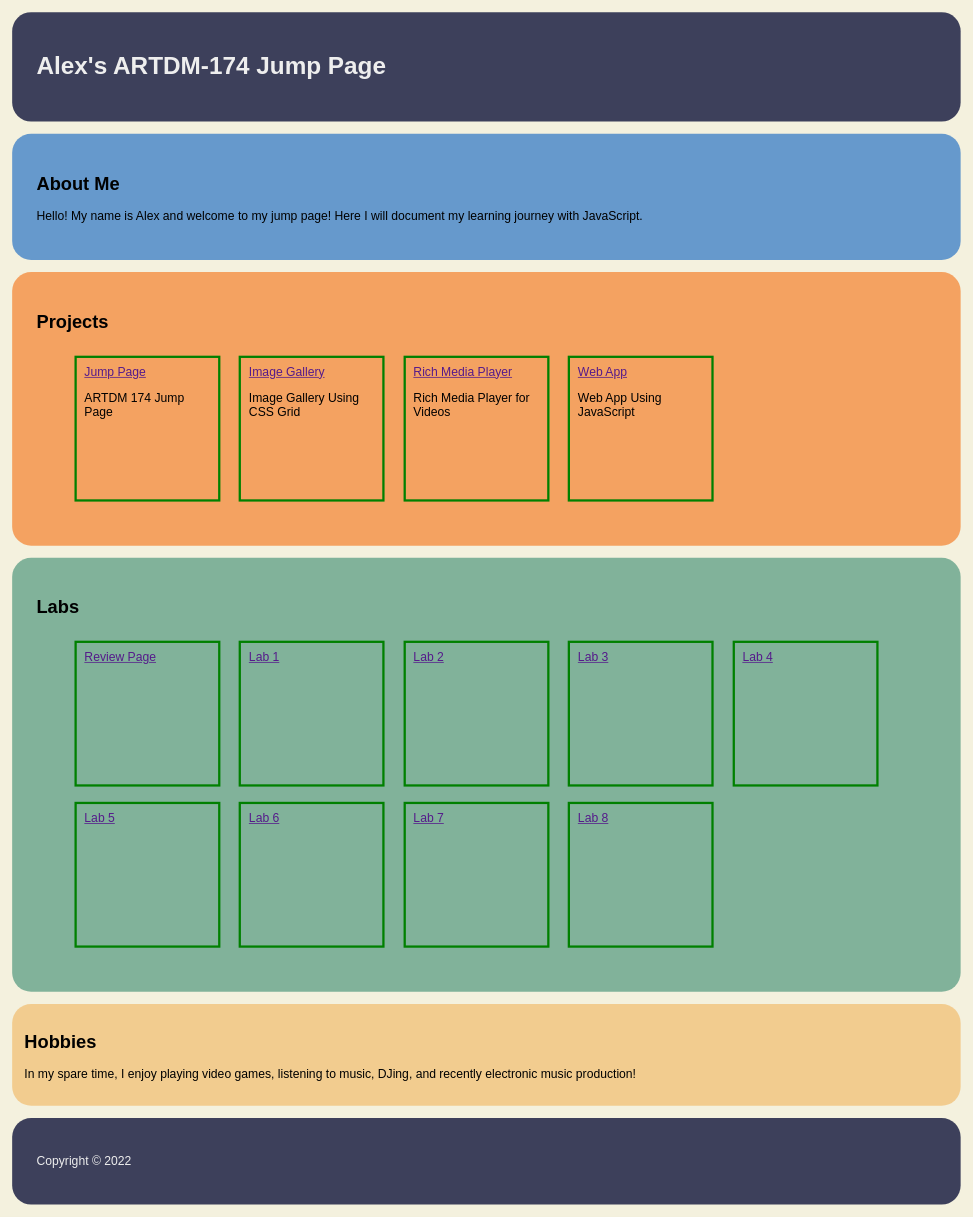
Repository: alexmaddux99/ARTDM-174
Page: CSS Animation/index.html
The author's editor kept a copy of each file at every save. The page is drawn from the files as they stood at one save, then again after the next save.
The browser window is 1280 px wide. The pictures show the whole page, at 76% of full size.
Some web fonts or font styles are not loaded; a fallback is used.

Above is the page before, as saved 2022-02-10 13:31:52.

### CSS Animation/index.html
<!DOCTYPE html>
<html lang="en">
<head>
    <meta charset="UTF-8">
    <meta http-equiv="X-UA-Compatible" content="IE=edge">
    <meta name="viewport" content="width=device-width, initial-scale=1.0">
    <link rel="stylesheet" href="css/main.css">
    <link rel="preconnect" href="https://fonts.gstatic.com" crossorigin>
<link href="https://fonts.googleapis.com/css2?family=Roboto&display=swap" rel="stylesheet">
<link rel="preconnect" href="https://fonts.googleapis.com">
<link rel="preconnect" href="https://fonts.gstatic.com" crossorigin>
<link href="https://fonts.googleapis.com/css2?family=Zen+Old+Mincho:wght@900&display=swap" rel="stylesheet">
    <title>ARTDM-174 Jump Page</title>
</head>
<body>
    <header>
        <h1>Alex's ARTDM-174 Jump Page</h1>
    </header>

    <main>
        <section class="intro">
            <h2>About Me</h2>
            <p>Hello! My name is Alex and welcome to my jump page! Here I will document my learning journey with JavaScript.</p>
        </section>

        <section class="projects">
            <h2>Projects</h2>
            <ul>
                <li><a href="">Jump Page</a>
                <p>ARTDM 174 Jump Page</p></li>
                <li><a href="">Image Gallery</a>
                <p>Image Gallery Using CSS Grid</p></li>
                <li><a href="">Rich Media Player</a>
                <p>Rich Media Player for Videos</p></li>
                <li><a href="">Web App</a>
                <p>Web App Using JavaScript</p></li>
            </ul>
        </section>

        <section class="labs">
            <h2>Labs</h2>
           <ul>
               <li><a href="">Review Page</a></li>
               <li><a href="">Lab 1</a></li>
               <li><a href="">Lab 2</a></li>
               <li><a href="">Lab 3</a></li>
               <li><a href="">Lab 4</a></li>
               <li><a href="">Lab 5</a></li>
               <li><a href="">Lab 6</a></li>
               <li><a href="">Lab 7</a></li>
               <li><a href="">Lab 8</a></li>
           </ul>
        </section>



    </main>
    <aside>
        <h2>Hobbies</h2>
        <p>In my spare time, I enjoy playing video games, listening to music, DJing, and recently electronic music production!</p>
    </aside>

    <footer>
        <p>
            Copyright &copy; 2022
        </p>
    </footer>

</body>
</html>

### CSS Animation/css/main.css
@keyframes fadeInAnimation {
	0% {
		opacity: 0;
	}
	100% {
		opacity: 1;

	}

}

@keyframes test{
	0%{

	}

	100%
	{

	padding: .5rem 1rem;
	transition: all 1s ease;
	}
}

* {
    box-sizing: border-box;
  }

  body {
    animation: fadeInAnimation ease 1s;
    animation-iteration-count: 1;
    animation-fill-mode: forwards;
    margin:0;
    padding: 0;
    background-color: #f4f1de;
    font-family: 'Raleway', sans-serif;
  }

  header, footer {
    background: #3d405b;
    color: #eee;
    padding: 2rem;
    margin: 1rem;
    border-radius: 25px;
  }



  .intro {

      background:#6699CC;
    padding: 2rem;
    margin: 1rem;
    border-radius: 25px;
  }

  aside {
    background-color: #f2cc8f;
    padding: 1rem;
    margin: 1rem;
    border-radius: 25px;
  }

  .projects {
    background-color: #f4a261;
    padding: 2rem;
    margin: 1rem;
    border-radius: 25px;
  }

  .labs {
    background-color: #81b29a;
    padding: 2rem;
    margin: 1rem;
    border-radius: 25px;
  }

  .projects li, .labs li {
    border: 3px solid green;
    margin: 10px;
    padding: 10px;
    width: 12rem;
    height:12rem;
    display: inline-block;
  }

   ol {
    list-style: none;
     padding: 0;
  }

  li{
    transition:  .5s ease-in;
  }

  li:hover{
    transition:  .5s ease-out;
	background-color: red;
	padding: .5rem 1rem;
  }

After the next save:
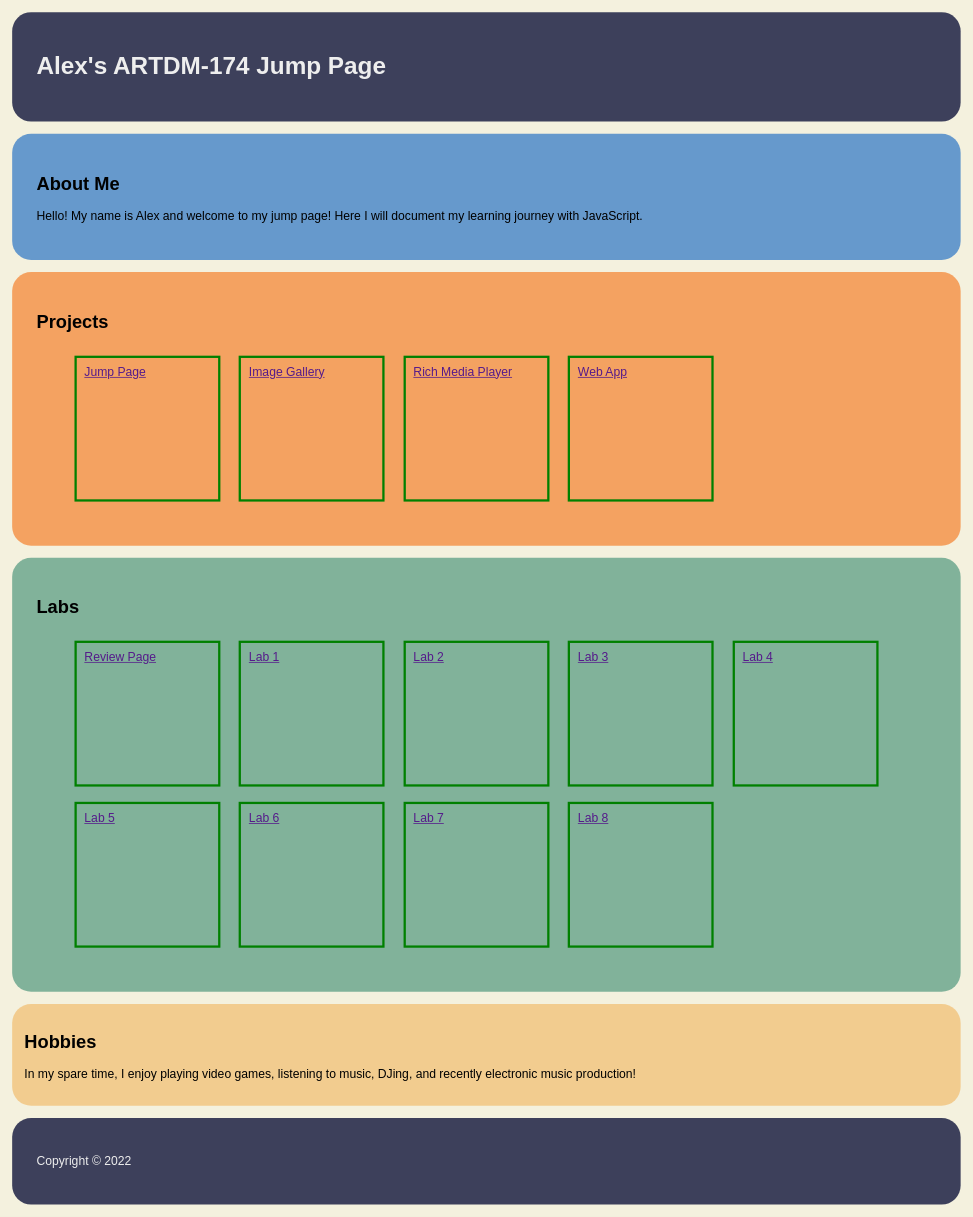
Saved 1 s later.
--- a/CSS Animation/index.html
+++ b/CSS Animation/index.html
@@ -26,14 +26,10 @@
         <section class="projects">
             <h2>Projects</h2>
             <ul>
-                <li><a href="">Jump Page</a>
-                <p>ARTDM 174 Jump Page</p></li>
-                <li><a href="">Image Gallery</a>
-                <p>Image Gallery Using CSS Grid</p></li>
-                <li><a href="">Rich Media Player</a>
-                <p>Rich Media Player for Videos</p></li>
-                <li><a href="">Web App</a>
-                <p>Web App Using JavaScript</p></li>
+                <li><a href="">Jump Page</a></li>
+                <li><a href="">Image Gallery</a></li>
+                <li><a href="">Rich Media Player</a></li>
+                <li><a href="">Web App</a></li>
             </ul>
         </section>
 
